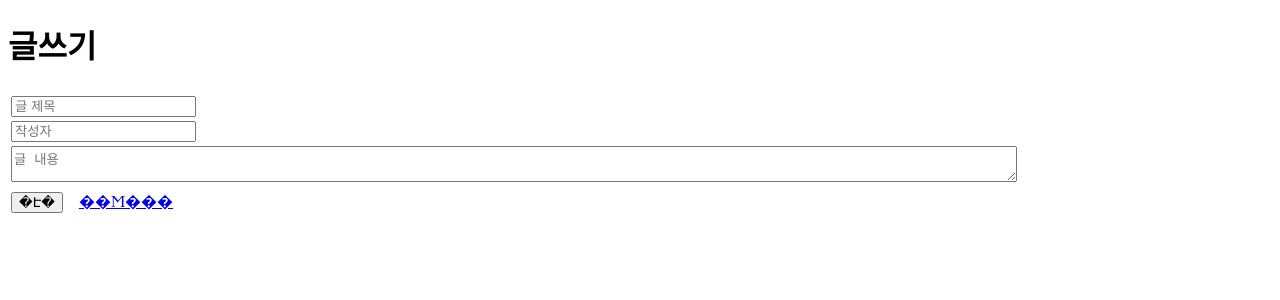
Repository: jsy8315/KOPO_SPRING
Page: http://localhost/jsp_assignFinal/write_view.jsp
The author's editor kept a copy of each file at every save. The page is drawn from the files as they stood at one save, then again after the next save.
The browser window is 1280 px wide. The pictures show the whole page.
The page is served by Tomcat 10.

Above is the page before, as saved 2023-06-29 07:01:43.

After the next save:
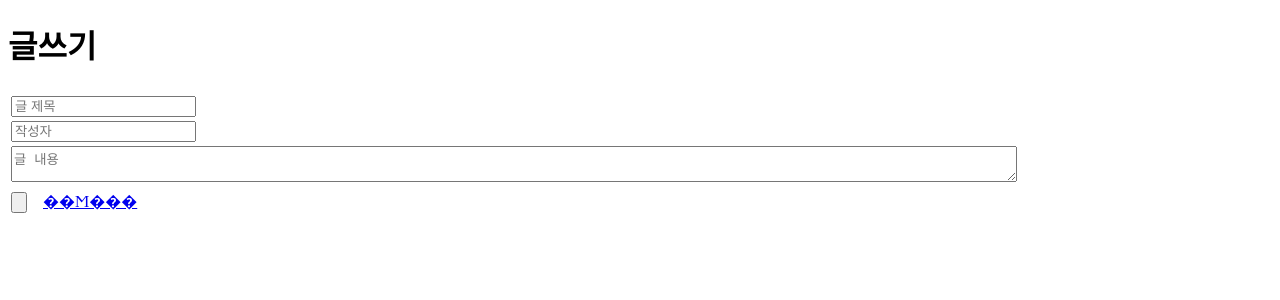
Saved 22 s later.
--- a/jsp_assignFinal/src/main/webapp/write_view.jsp
+++ b/jsp_assignFinal/src/main/webapp/write_view.jsp
@@ -27,7 +27,8 @@
         			<td><textarea class="form-control" placeholder="글 내용" name="bContent" maxlength="1000" style="width:1000px;, height: 500px;"></textarea></td>
         		</tr>
         		<tr>
-					<td colspan="2"> <input type="submit" value="�Է�"> &nbsp;&nbsp; <a href="list.do">��Ϻ���</a></td>        		</tr>
+					<td colspan="2"> <input type="submit" value=""> &nbsp;&nbsp; <a href="list.do">��Ϻ���</a></td>
+				</tr>
         	</tbody>
         </table>
 	</form>
